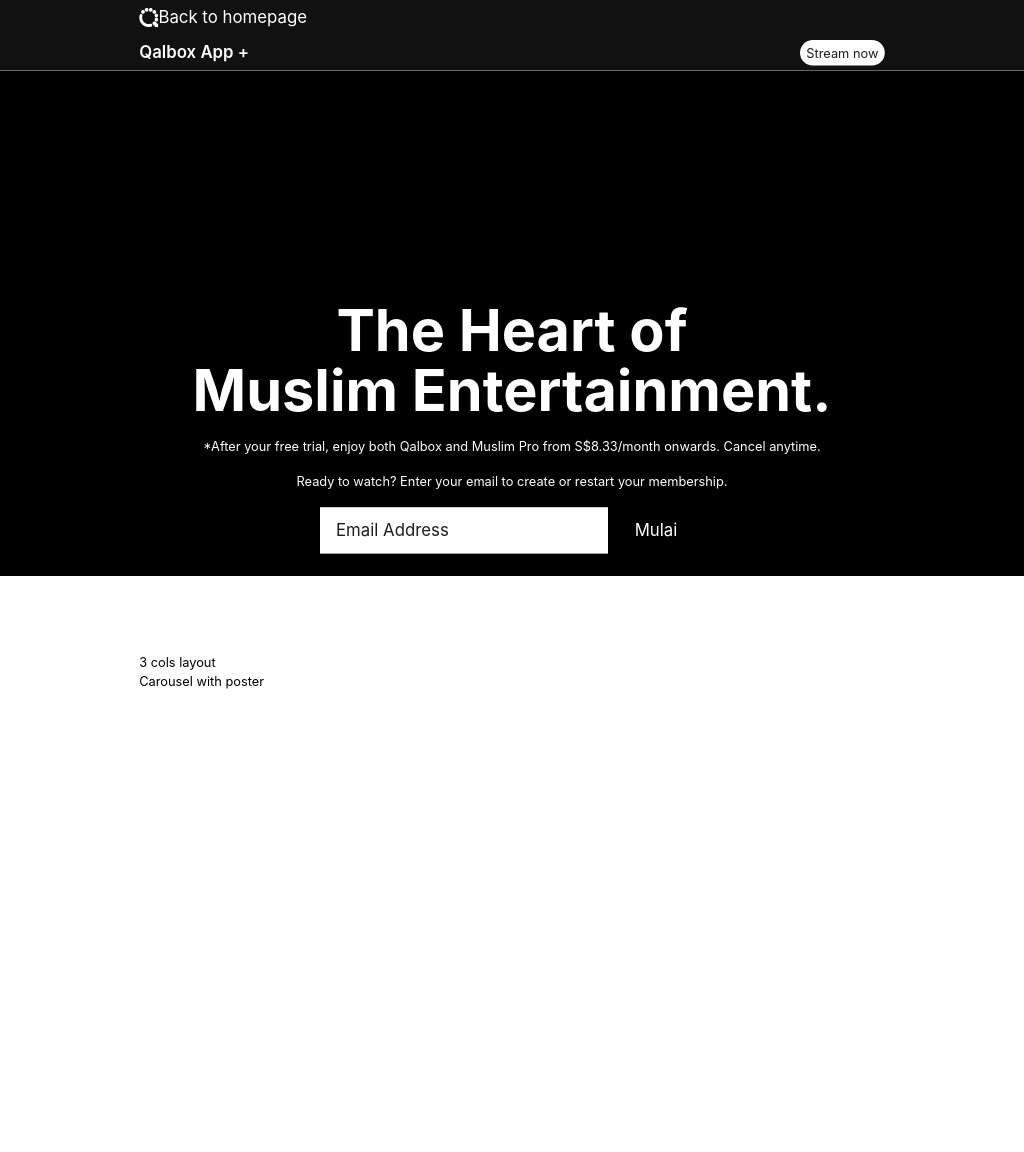
Repository: iqmalr/qalbox-rebuild
Page: /
These files come from the project's save history. The page is drawn as it stood at one moment and after the next save; the edit follows.
The browser window is 1280 px wide. The pictures show the whole page, at 80% of full size.
Some web fonts or font styles are not loaded; a fallback is used. The project was rebuilt for these pictures with package versions that can differ from the ones it lists, and the page was loaded fresh each time. Also part of the build but not shown: vite.config.ts. Imported but missing from the stored project, and not drawn on this page: src/assets/Hero.mp4.

Above is the page before, as saved 2024-09-16 11:40:24.

After the next save:
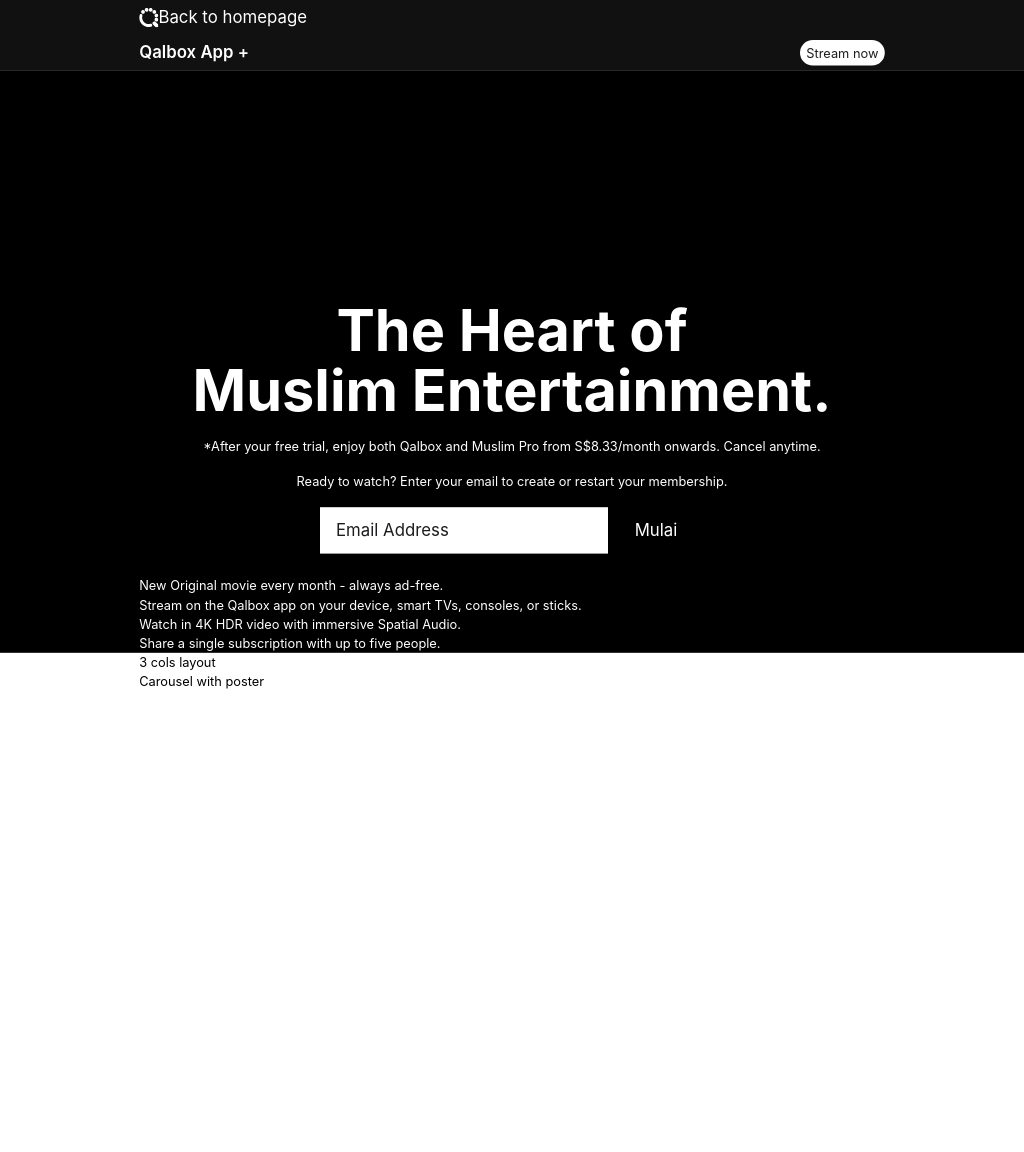
Saved 62 s later.
--- a/src/App.tsx
+++ b/src/App.tsx
@@ -8,8 +8,10 @@
     <>
       <Headers />
       <main>
-        <Hero />
-        <USPS />
+        <div className="bg-background">
+          <Hero />
+          <USPS />
+        </div>
         <div>
           <CustomContainer>3 cols layout</CustomContainer>
         </div>
